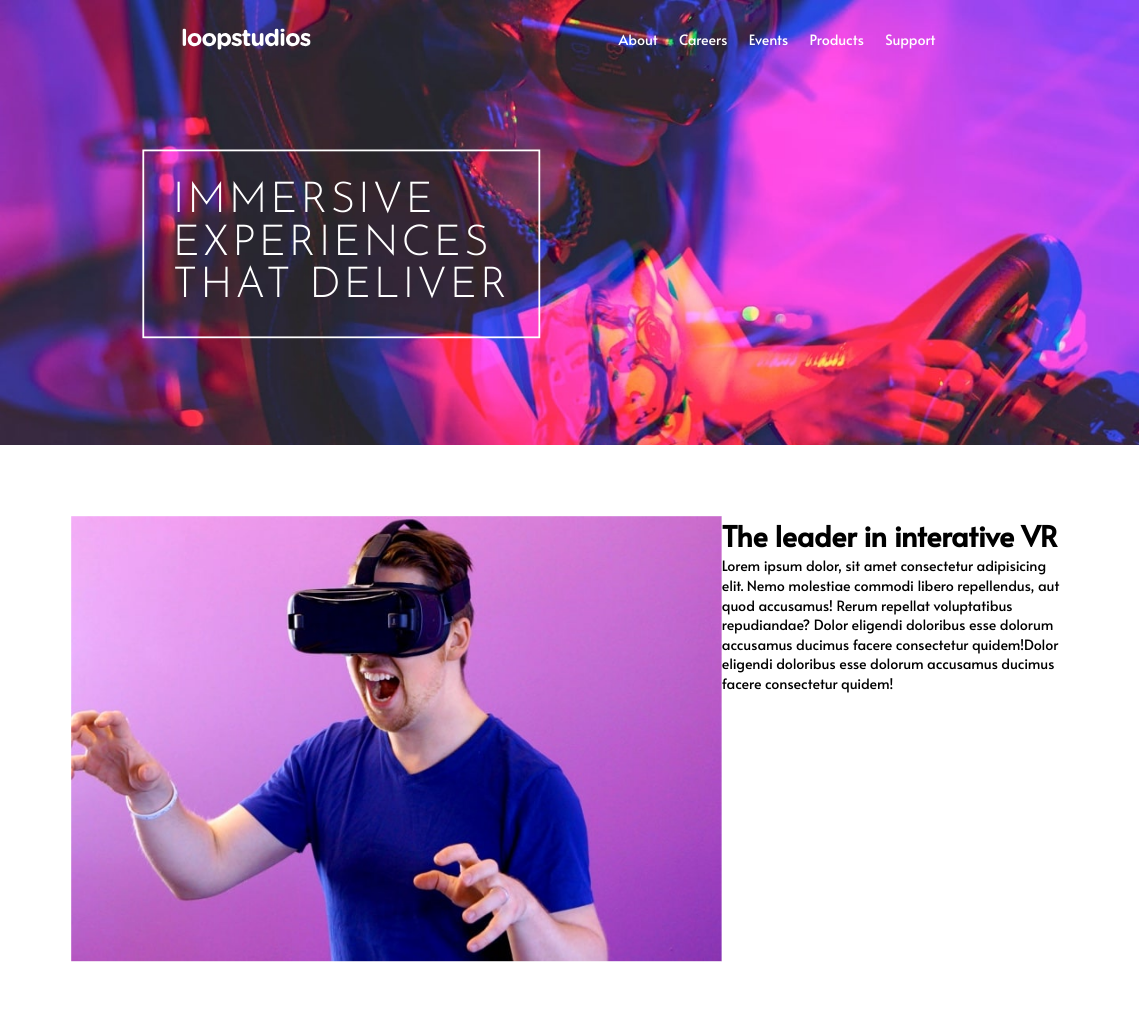
Repository: gligor99/loopstudios-fm
Page: /
An editor plug-in stored every save of this project. The page is shown before and after the next save, followed by the edit.
The browser window is 1280 px wide. The pictures show the whole page, at 89% of full size.
Backgrounds fixed to the window are drawn as part of the page. The project was rebuilt for these pictures with package versions that can differ from the ones it lists, and the page was loaded fresh each time.

Above is the page before, as saved 2021-11-28 15:37:35.

### src/index.css
@import url('https://fonts.googleapis.com/css2?family=Alata&family=Josefin+Sans:wght@300&display=swap');

:root {
  --clr-white: hsl(0, 0%, 100%);
  --clr-black: hsl(0, 0%, 0%);
  --clr-dark-gray: hsl(0, 0%, 55%);
  --clr-very-dark-gray: hsl(0, 0%, 41%)
}

*,
::after,
::before {
  margin: 0;
  padding: 0;
  box-sizing: border-box;
}

body {
  font-family: "Alata", sans-serif;
  background: var(--clr-light-grayish-cyan);
  color: var(--clr-grey-1);
  font-size: 1rem;
}

### src/App.jsx
import About from "./components/About/About";
import Hero from "./components/Hero/Hero";


function App() {
  return (
    <div className="App">
      <Hero />
      <About />
    </div>
  );
}

export default App;

### src/components/About/About.jsx
import "./about.css";
import image from "../../assets/desktop/image-interactive.jpg";

const About = () => {
  return (
    <div className="about-container">
      <img className="image-interactive" src={image} alt="interactive.jpg" />
      <div className="about-content">
        <h1 className="about-title">The leader in interative VR</h1>
        <p className="about-p">
          Lorem ipsum dolor, sit amet consectetur adipisicing elit. Nemo
          molestiae commodi libero repellendus, aut quod accusamus! Rerum
          repellat voluptatibus repudiandae? Dolor eligendi doloribus esse
          dolorum accusamus ducimus facere consectetur quidem!Dolor eligendi doloribus esse
          dolorum accusamus ducimus facere consectetur quidem!
        </p>
      </div>
    </div>
  );
};

export default About;

### src/components/Hero/Hero.jsx
import React from "react";
import Navbar from "../Navbar/Navbar";
import "./hero.css";

const Hero = () => {
  return (
    <div className="container">
      <Navbar />
      <div className="container-content">
        <h1 className="title">
          Immersive <br /> experiences <br />
          that deliver
        </h1>
      </div>
    </div>
  );
};

export default Hero;

### src/components/About/about.css
.about-container {
    display: flex;
    justify-content: center;
    margin: auto;
    padding: 5rem;
}

.image-interactive{
    height: 80%;
}
.about-content{
    background-color: var(--clr-white);
    width: 500px;
}

### src/components/Navbar/Navbar.jsx
import logo from "../../assets/logo.svg";
import "./navbar.css";

const Navbar = () => {
  return (
    <div className="wrapper">
      <img src={logo} alt="logo.svg" />
      <ul>
        <li>
          <a href="/about">About</a>
        </li>
        <li>
          <a href="/careers">Careers</a>
        </li>
        <li>
          <a href="/events">Events</a>
        </li>
        <li>
          <a href="/products">Products</a>
        </li>
        <li>
          <a href="/support">Support</a>
        </li>
      </ul>
    </div>
  );
};

export default Navbar;

### src/components/Hero/hero.css
.container {
    background: url('../../assets/desktop/image-hero.jpg');
    background-repeat: no-repeat;
    background-attachment: fixed;
    background-size: cover;
    height: 500px;
}
.container-content {
    display: flex;
    margin-top: 5rem;
    margin-left: 10rem;
}

.title {
    border: 2px solid var(--clr-white);
    padding: 2rem;
    text-transform: uppercase;
    font-family: 'Josefin Sans' , sans-serif;
    font-size: 3rem;
    font-weight: 100;
    letter-spacing: 0.2rem;
    color: white;
}

### src/components/Navbar/navbar.css
.wrapper {
  display: flex;
  flex-direction: row;
  justify-content: space-around;
  align-items: center;
  margin: auto;
  padding: 2rem;
  background-color: transparent;
}
img {
  height: 1.5rem;
}
ul {
  display: flex;
  flex-wrap: nowrap;
  justify-content: space-evenly;
}
li {
  list-style-type: none;
  padding-right: 1.5rem;
}
a {
  position: relative;
  display: inline-block;
  text-decoration: none;
  color: var(--clr-white);
}
a:after {
  content: "";
  position: absolute;
  left: 0;
  top: 100%;
  width: 0;
  height: 1.8px;
  background-color: var(--clr-white);
  transition: width 0.2s ease-in-out;
}
a:hover:after {
  width: 100%;
}

Loaded but not shown: public/index.html (common file); src/index.jsx (common file)

After the next save:
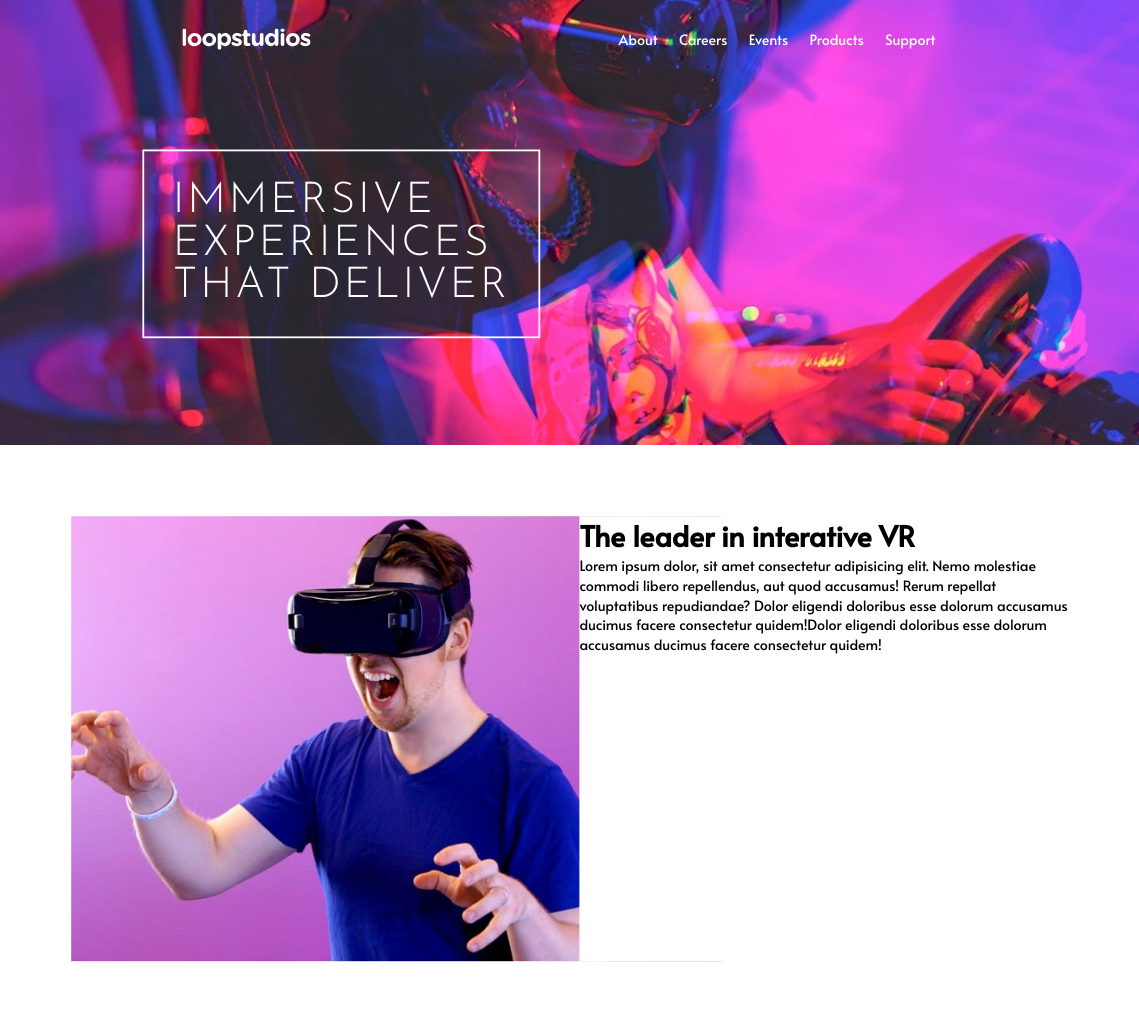
Saved 10 s later.
--- a/src/components/About/about.css
+++ b/src/components/About/about.css
@@ -10,5 +10,5 @@
 }
 .about-content{
     background-color: var(--clr-white);
-    width: 500px;
+   margin-left: -10rem;
 }
